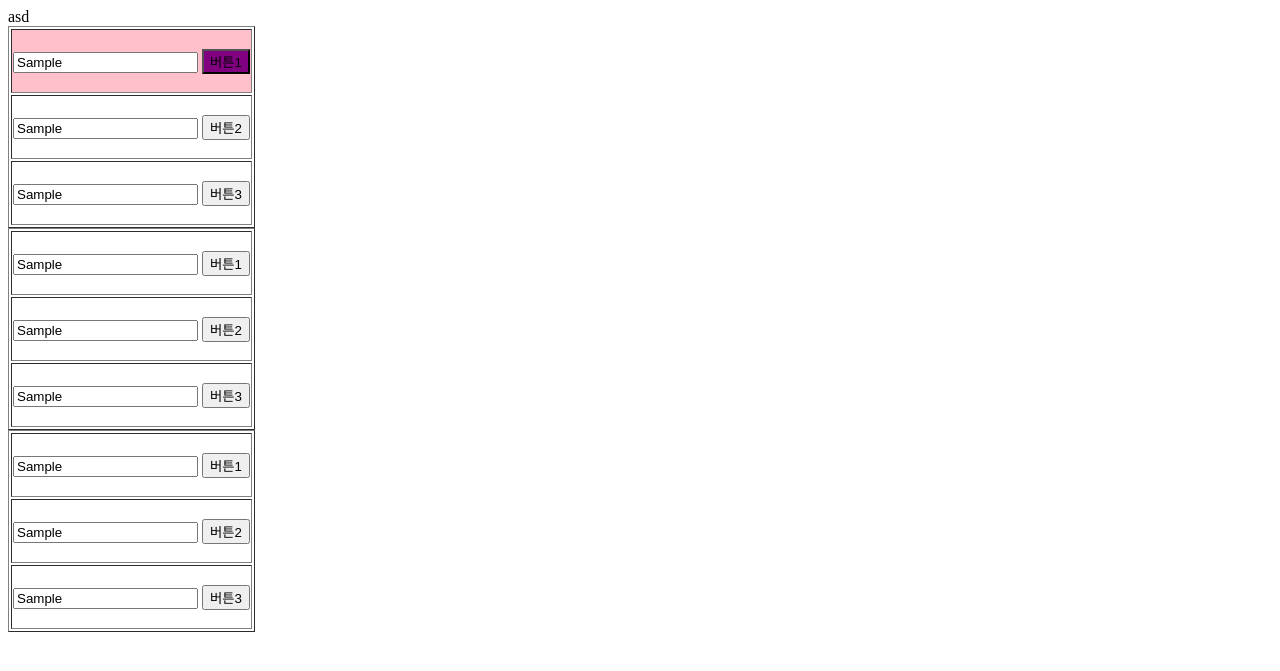
Repository: jojojojoya/programming
Page: dbworkspace/17_JQuery_/src/main/webapp/j6_Object_select.html
These files come from the project's save history. The page is drawn as it stood at one moment and after the next save; the edit follows.
The browser window is 1280 px wide. The pictures show the whole page.
Empty fields were first filled with sample values (such as "Sample", 5 or name@example.com).
After loading, the first visible `td` was clicked once.

Above is the page before, as saved 2025-01-07 01:36:53.

### dbworkspace/17_JQuery_/src/main/webapp/j6_Object_select.html
<!DOCTYPE html>
<html>
<head>
<meta charset="UTF-8">
<title>Insert title here</title>
<script src="https://code.jquery.com/jquery-3.7.1.js"
integrity="sha256-eKhayi8LEQwp4NKxN+CfCh+3qOVUtJn3QNZ0TciWLP4=" crossorigin="anonymous"></script>
<script type="text/javascript">
 $(function() {
	 $('button').click(function() {
		 //this : 이벤트가 발생한 그 객체
		 $(this).css("background-color",'black');
		 // 버튼을 누르면 눌러진 그 버튼이 소속된 td의 배경색을 검정으로
		 $(this).parent().css('background-color','black')

		 //눌러진 버튼이 소속된 테이블의 크기를 400px로 변경
//		 $(this).parent().parent().parent().parent().css("width","400px")
//		 $(this).parent(3).css("width","400px")
		 $(this).closest('table').css("width","400px");
		 //버튼 옆에 인풋

		 let tdColor = $(this).parent().find('input').val();
		 alert(tdColor);
		 $(this).closest('td').css('border','5px solid' + tdColor);

	 })

	 // td를 클릭하면 ...


	 // 1. 해당 td의 배경색을 핑크로
	 //2 . 해당 td안에 있는 버튼의 배경색을 퍼플ㄹ로
	 //3 . 해당 td안에 있는 버튼의 width를 150px로

	 $(function(){
		 $('td').click(function(){
		 $(this).css("background-color",'pink');
		 $(this).children('button').css('background-color', 'purple'); //1
		$(this).closest('button').css('width', '150px'); //1


		 })




	 });


 });

</script>
</script>

</head>
<body>
asd


<table border="1">
	<tr>
		<td height="60px">
			<input> <button> 버튼1 </button>
		</td>
	</tr>
	<tr>
		<td height="60px">
			<input> <button> 버튼2 </button>
		</td>
	</tr>
	<tr>
		<td height="60px">
			<input> <button> 버튼3 </button>
		</td>
	</tr>

</table>

<table border="1">
	<tr>
		<td height="60px">
			<input> <button> 버튼1 </button>
		</td>
	</tr>
	<tr>
		<td height="60px">
			<input> <button> 버튼2 </button>
		</td>
	</tr>
	<tr>
		<td height="60px">
			<input> <button> 버튼3 </button>
		</td>
	</tr>

</table>


<table border="1">
	<tr>
		<td height="60px">
			<input> <button> 버튼1 </button>
		</td>
	</tr>
	<tr>
		<td height="60px">
			<input> <button> 버튼2 </button>
		</td>
	</tr>
	<tr>
		<td height="60px">
			<input> <button> 버튼3 </button>
		</td>
	</tr>

</table>


</body>
</html>

After the next save:
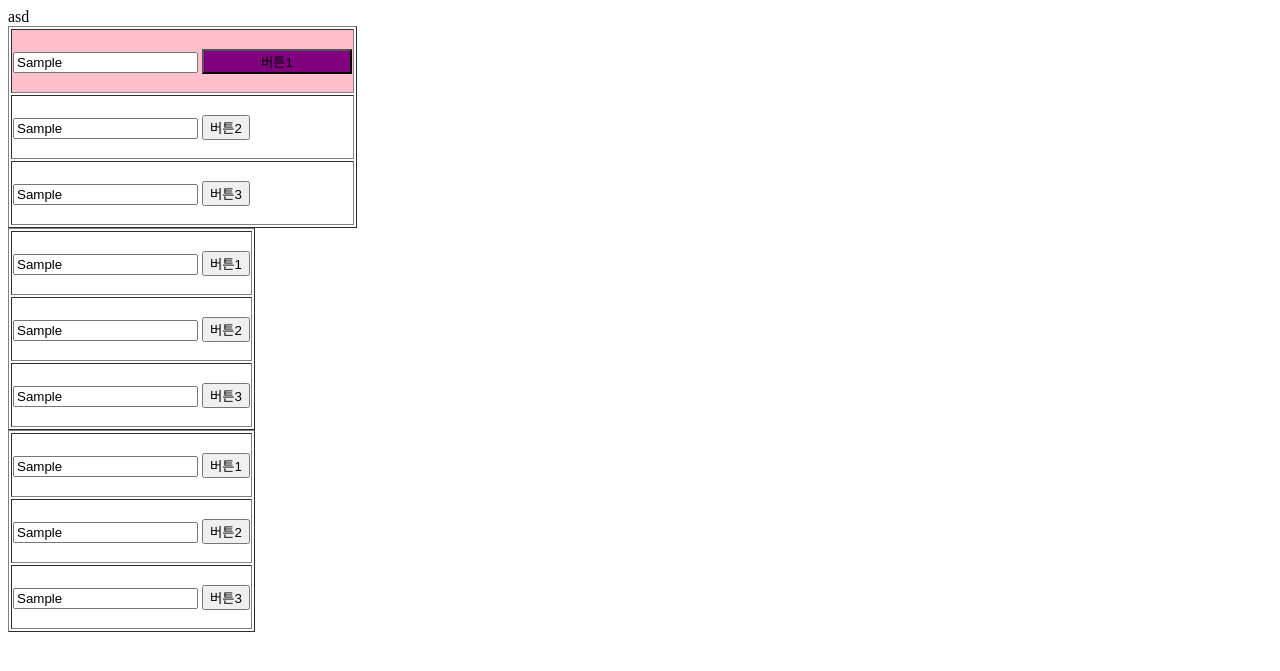
Saved 5 s later.
--- a/dbworkspace/17_JQuery_/src/main/webapp/j6_Object_select.html
+++ b/dbworkspace/17_JQuery_/src/main/webapp/j6_Object_select.html
@@ -36,7 +36,7 @@ integrity="sha256-eKhayi8LEQwp4NKxN+CfCh+3qOVUtJn3QNZ0TciWLP4=" crossorigin="ano
 		 $('td').click(function(){
 		 $(this).css("background-color",'pink');
 		 $(this).children('button').css('background-color', 'purple'); //1
-		$(this).closest('button').css('width', '150px'); //1
+		$(this).children('button').css('width', '150px'); //1
 
 
 		 })
